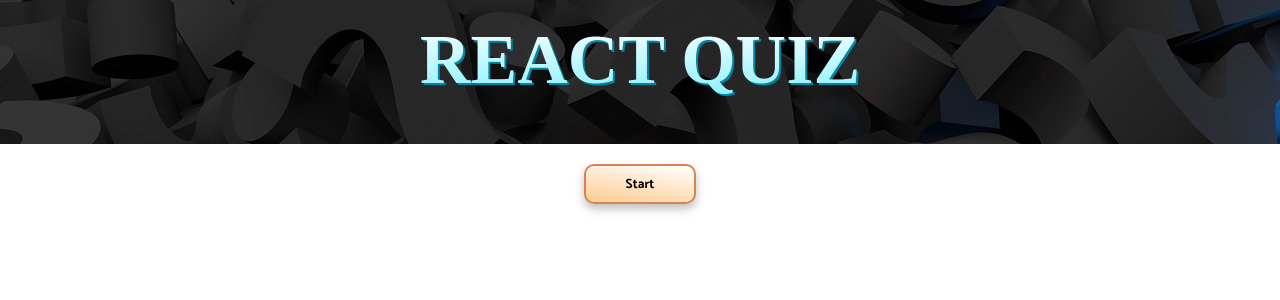
Repository: KrzysKolo/quizAPP
Page: /
These files come from the project's save history. The page is drawn as it stood at one moment and after the next save; the edit follows.
The browser window is 1280 px wide. The pictures show the whole page.
The project was rebuilt for these pictures with package versions that can differ from the ones it lists, and the page was loaded fresh each time. Also part of the build but not shown: src/components/QuestionCard.style.ts, src/components/QuestionCard.tsx.

Above is the page before, as saved 2021-04-25 00:20:17.

After the next save:
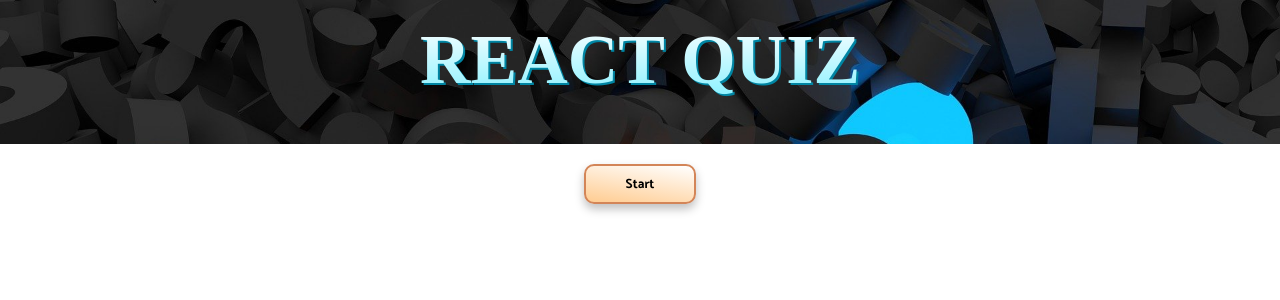
Saved 31 s later.
--- a/src/App.style.ts
+++ b/src/App.style.ts
@@ -9,7 +9,7 @@ export const GlobalStyle = createGlobalStyle`
   }
 
     body {
-      background-size: cover;
+
       margin: 0;
       padding: 0 20px;
       display: flex;
@@ -28,6 +28,7 @@ export const Wrapper = styled.div`
   align-items: center;
   .header {
     background-image: url(${BGImage});
+    background-size: cover;
     height: 20vh;
     width: 100vw;
   }
